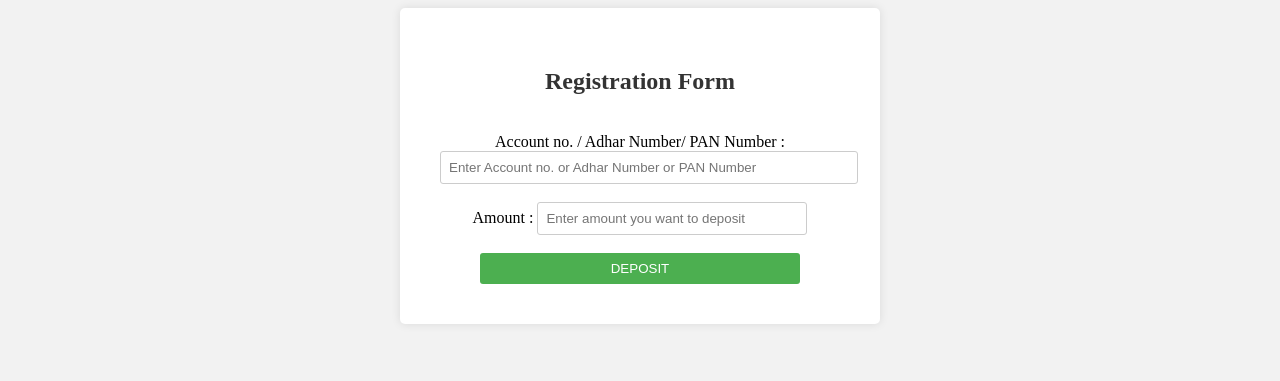
Repository: mansistic-0n3/Java_IGT
Page: Java Project/BankJSP/src/main/webapp/Deposit.html
An editor plug-in stored every save of this project. The page is shown before and after the next save, followed by the edit.
The browser window is 1280 px wide. The pictures show the whole page.

Above is the page before, as saved 2023-06-28 21:47:07.

After the next save:
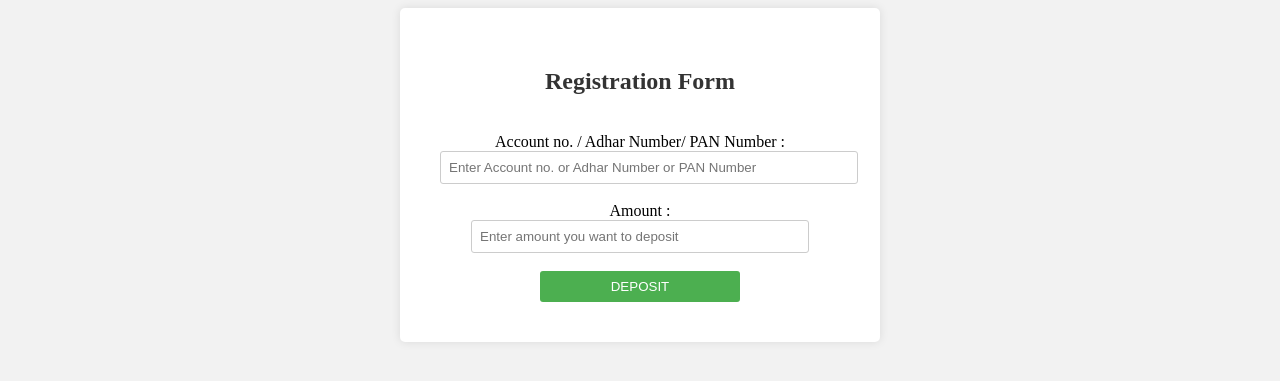
Saved 24 s later.
--- a/Java Project/BankJSP/src/main/webapp/Deposit.html
+++ b/Java Project/BankJSP/src/main/webapp/Deposit.html
@@ -10,9 +10,9 @@
       <br>
         Account no. / Adhar Number/ PAN Number : <input type="text" name="name" placeholder="Enter Account no. or Adhar Number or PAN Number" style="width: 100%; padding: 8px; border-radius: 3px; border: 1px solid #cccccc;">
       <br><br>
-        Amount : <input type="password" name="pass" placeholder="Enter amount you want to deposit" style="width: 63%; padding: 8px; border-radius: 3px; border: 1px solid #cccccc;">
+        Amount : <input type="password" name="pass" placeholder="Enter amount you want to deposit" style="width: 80%; padding: 8px; border-radius: 3px; border: 1px solid #cccccc;">
       <br><br>
-        <button type="submit" style="width: 80%; padding: 8px; border-radius: 3px; border: none; background-color: #4CAF50; color: #ffffff; cursor: pointer;">DEPOSIT</button>
+        <button type="submit" style="width: 50%; padding: 8px; border-radius: 3px; border: none; background-color: #4CAF50; color: #ffffff; cursor: pointer;">DEPOSIT</button>
   </form></div>
 </body>
 </html>
